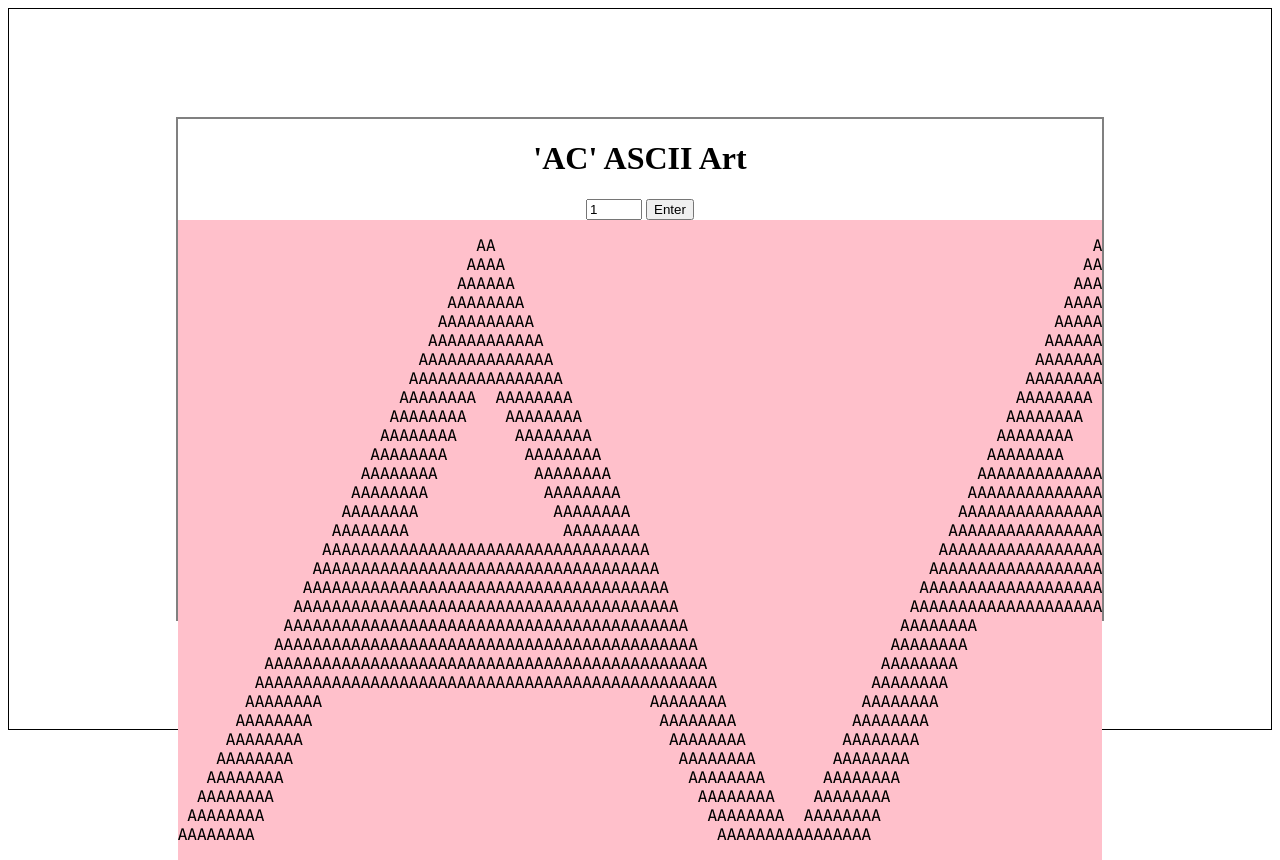
Repository: Achorn/ascii-art
Page: index.html
These files come from the project's save history. The page is drawn as it stood at one moment and after a run of saves; the edit follows.
The browser window is 1280 px wide. The pictures show the whole page.

Above is the page before, as saved 2021-08-09 18:27:09.

After the next 2 saves:
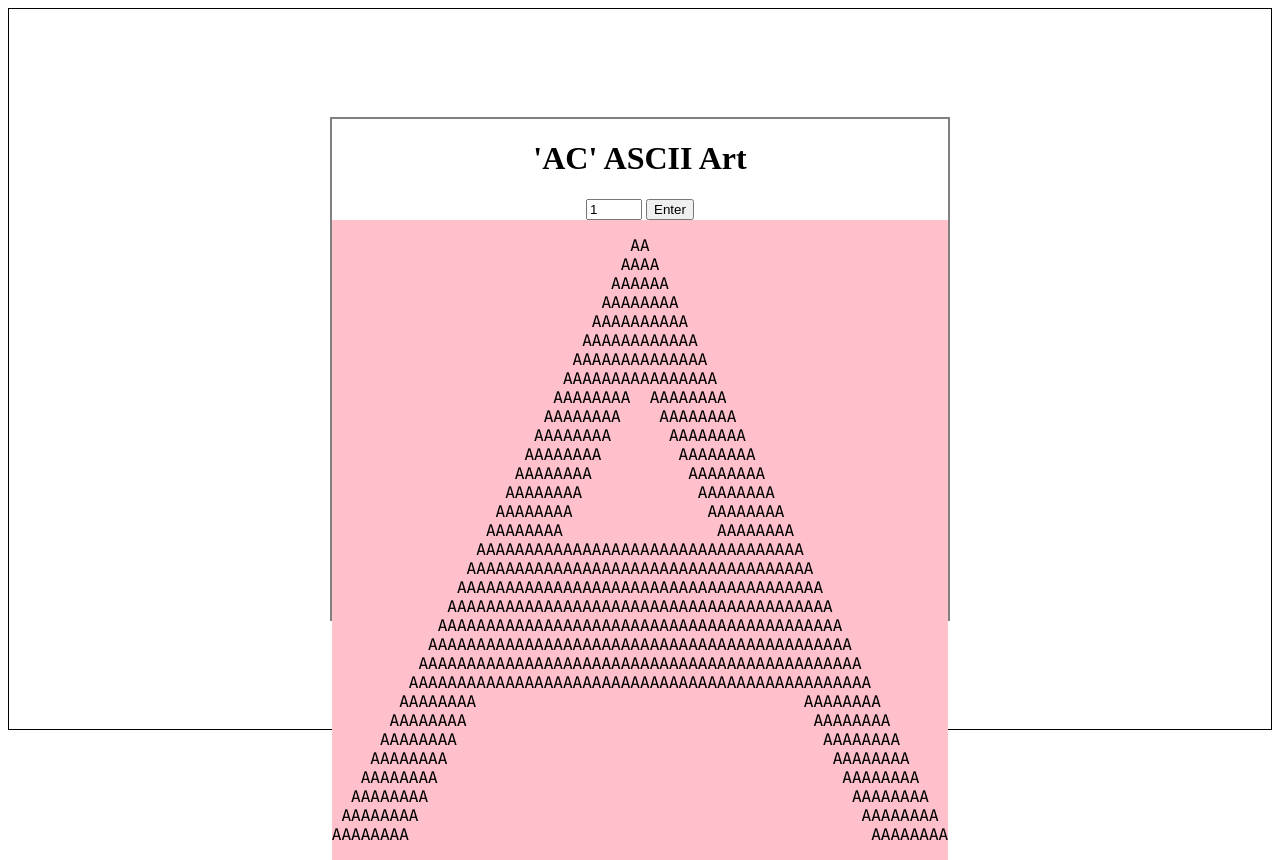
The 2 saves are shown as one change because they came seconds apart.
The last was saved 14 s later.
--- a/myscripts.js
+++ b/myscripts.js
@@ -77,11 +77,11 @@ let scale = 8;
 let scaledFour = scaleSpread(four, scale);
 trimA(scaledFour, scale);
 
-let scaledEight = scaleSpread(eight, 4);
+let scaledEight = scaleSpread(eight, 5);
 trimA(scaledEight, 4);
 // mono.innerHTML = halfArrToString(scaleSpread(four, 7));
 // monoA.style.fontSize = `${4 / scale / 2}em`;
 // monoC.style.fontSize = `${4 / scale}em`;
 monoA.innerHTML = halfArrToString(scaledFour);
-monoC.innerHTML = arrToString(scaledEight);
+// monoC.innerHTML = arrToString(scaledEight);
 // mono.innerHTML += arrToString(scaleSpread(eight, 1));
